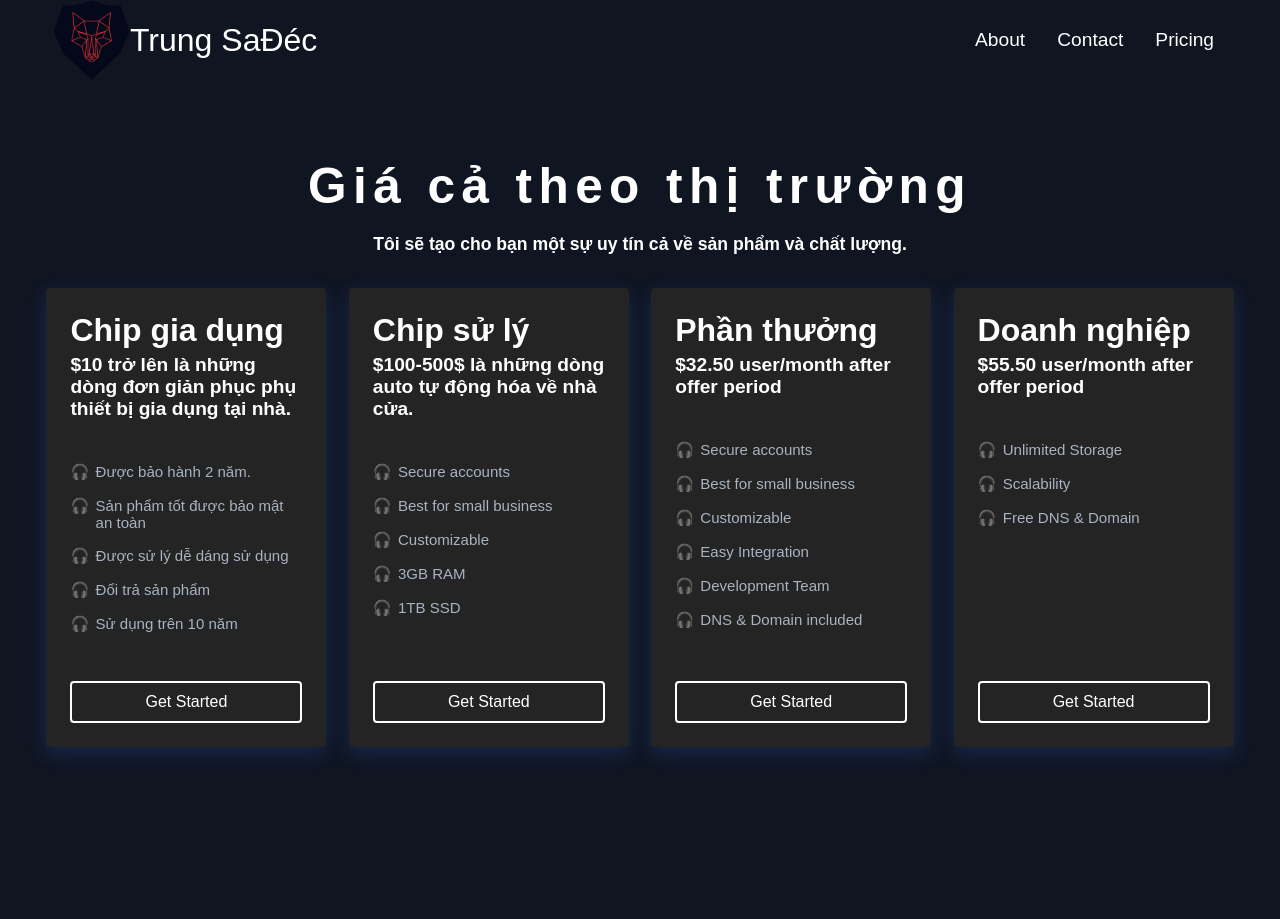
Repository: fdhhhdjd/Profile-Gift-B_H_Q_Trung
Page: /pricing
An editor plug-in stored every save of this project. The page is shown before and after the next save, followed by the edit.
The browser window is 1280 px wide. The pictures show the whole page.
The project was rebuilt for these pictures with package versions that can differ from the ones it lists, and the page was loaded fresh each time. Also part of the build but not shown: src/App.css, src/Pages/Home.js, src/Styles/HeroStyles.js, src/Components/Hero.js. Imported but missing from the stored project, and not drawn on this page: src/Pages/SignUpPage.

Above is the page before, as saved 2021-10-28 17:02:26.

### src/App.js
import logo from "./logo.svg";
import "./App.css";
import { BrowserRouter as Router, Switch, Route } from "react-router-dom";
import { Home, Navbar, GlobalStyles, PricingPage } from "./Imports/Index";
function App() {
  return (
    <>
      <Router>
        <GlobalStyles />
        <Navbar />
        <Switch>
          <Route path="/" exact component={Home} />
          <Route path="/pricing" exact component={PricingPage} />
        </Switch>
      </Router>
    </>
  );
}

export default App;

### src/Imports/Index.js
export { default as Home } from "../Pages/Home";
export { default as PricingPage } from "../Pages/PricingPage";
export { default as SignUpPage } from "../Pages/SignUpPage";
export { default as Navbar } from "../Components/Navbar";
export { default as GlobalStyles } from "../Styles/GlobalStyles";
export { default as Hero } from "../Components/Hero";

### src/Pages/PricingPage.js
import React from "react";
import { Button, Heading, TextWrapper } from "../Styles/GlobalStyles";
import { IconContext } from "react-icons/lib";
import {
  PricingSection,
  PricingWrapper,
  PricingContainer,
  PricingCardInfo,
  PricingCardPlan,
  PricingCardCost,
  PricingCardFeatures,
  PricingCardText,
  PricingCardFeature,
  PricingCard,
} from "../Styles/PricingStyles";
import { pricingData } from "../Data/PricingData";
const PricingPage = () => {
  return (
    <>
      <IconContext.Provider value={{ color: "#a9b3c1", size: "1rem" }}>
        <PricingSection id="pricing">
          <PricingWrapper>
            <Heading>Giá cả theo thị trường</Heading>

            <TextWrapper
              mb="1.4rem"
              weight="600"
              size="1.1rem"
              color="white"
              align="center"
            >
              <br />
              Tôi sẽ tạo cho bạn một sự uy tín cả về sản phẩm và chất lượng.
            </TextWrapper>
            <PricingContainer>
              {pricingData.map((card, index) => (
                <PricingCard key={index}>
                  <PricingCardInfo>
                    <PricingCardPlan>{card.title}</PricingCardPlan>
                    <PricingCardCost>{card.price}</PricingCardCost>
                    <PricingCardText>{card.description}</PricingCardText>
                    <PricingCardFeatures>
                      {card.features.map((feature, index) => (
                        <PricingCardFeature key={index}>
                          {feature}
                        </PricingCardFeature>
                      ))}
                    </PricingCardFeatures>
                    <Button>Get Started</Button>
                  </PricingCardInfo>
                </PricingCard>
              ))}
            </PricingContainer>
          </PricingWrapper>
        </PricingSection>
      </IconContext.Provider>
    </>
  );
};

export default PricingPage;

### src/Components/Navbar.js
import React, { useState } from "react";
import { data } from "../Data/NavbarData";
import { FaRProject, FaTimes } from "react-icons/fa";
import { CgMenuRight } from "react-icons/cg";
import { IconContext } from "react-icons";
import { useLocation, useHistory } from "react-router-dom";
import {
  Nav,
  NavbarContainer,
  NavIcon,
  NavLogo,
  MobileIcon,
  NavMenu,
  NavItem,
  NavLinks,
} from "../Styles/NavbarStyles";
const Navbar = () => {
  const [show, setShow] = useState(false);
  let history = useHistory();
  let location = useLocation();
  const handleClick = () => {
    setShow(!show);
  };
  const scrollTo = (id) => {
    const element = document.getElementById(id);

    element.scrollIntoView({
      behavior: "smooth",
    });
  };
  const closeMobileMenu = (to, id) => {
    if (id && location.pathname === "/") {
      scrollTo(id);
    }

    history.push(to);
    setShow(false);
  };

  return (
    <>
      <IconContext.Provider value={{ color: "#fff" }}>
        <Nav>
          <NavbarContainer>
            <NavLogo to="/">
              <NavIcon src="./assets/logo2.png" alt="logo" />
              Trung&nbsp;SaĐéc
            </NavLogo>
            <MobileIcon onClick={handleClick}>
              {show ? <FaTimes /> : <CgMenuRight />}
            </MobileIcon>
            <NavMenu show={show}>
              {data.map((el, index) => (
                <NavItem key={index}>
                  <NavLinks onClick={() => closeMobileMenu(el.to, el.id)}>
                    {el.title}
                  </NavLinks>
                </NavItem>
              ))}
            </NavMenu>
          </NavbarContainer>
        </Nav>
      </IconContext.Provider>
    </>
  );
};

export default Navbar;

### src/Styles/GlobalStyles.js
import styled, { createGlobalStyle } from "styled-components";

const GlobalStyle = createGlobalStyle`
  *{
    box-sizing: border-box;
  margin: 0;
  padding: 0;
  font-family: 'Montserrat', sans-serif;
  }
`;

export const Container = styled.div`
  width: 100%;
  max-width: 1300px;
  margin-right: auto;
  margin-left: auto;
  padding: 0 50px;

  @media screen and (max-width: 960px) {
    padding: 0 30px;
  }
`;
export const MainHeading = styled.h1`
  font-size: clamp(2.3rem, 6vw, 4.5rem);
  margin-bottom: 2rem;
  color: ${({ inverse }) => (inverse ? "$403ae3" : "#fff")};
  width: 100%;
  letter-spacing: 4px;
  text-align: center;
`;

export const Heading = styled.h2`
  font-size: clamp(1.3rem, 13vw, 3.1rem);
  margin: ${({ margin }) => (margin ? margin : "")};
  margin-bottom: ${({ mb }) => (mb ? mb : "")};
  margin-top: ${({ mt }) => (mt ? mt : "")};
  color: ${({ inverse }) => (inverse ? "$403ae3" : "#fff")};
  letter-spacing: 0.4rem;
  line-height: 1.06;
  text-align: center;
  width: ${({ width }) => (width ? width : "100%")};
`;
export const TextWrapper = styled.span`
  color: ${({ color }) => (color ? color : "")};
  font-size: ${({ size }) => (size ? size : "")};
  font-weight: ${({ weight }) => (weight ? weight : "")};
  letter-spacing: ${({ spacing }) => (spacing ? spacing : "")};
  padding: ${({ padding }) => (padding ? padding : "")};
  margin: ${({ margin }) => (margin ? margin : "")};
  margin-bottom: ${({ mb }) => (mb ? mb : "")};
  margin-top: ${({ mt }) => (mt ? mt : "")};
`;
export const Section = styled.section`
  padding: ${({ padding }) => (padding ? padding : "140px 0")};
  margin: ${({ margin }) => (margin ? margin : "")};
  background: ${({ inverse }) => (inverse ? "white" : "#071c2f")};
  position: ${({ position }) => (position ? position : "")};
  width: ${({ width }) => (width ? width : "auto")};
  min-width: ${({ minWidth }) => (minWidth ? minWidth : "auto")};
  max-width: ${({ maxWidth }) => (maxWidth ? maxWidth : "auto")};
  height: ${({ height }) => (height ? height : "auto")};
  max-height: ${({ maxHeight }) => (maxHeight ? maxHeight : "auto")};
  min-height: ${({ minHeight }) => (minHeight ? minHeight : "auto")};

  @media screen and (max-width: 768px) {
    padding: ${({ smPadding }) => (smPadding ? smPadding : "70px 0")};
  }
`;

export const Row = styled.div`
  display: flex;
  justify-content: ${({ justify }) => (justify ? justify : "")};
  align-items: ${({ align }) => (align ? align : "")};
  gap: ${({ gap }) => (gap ? gap : "")};
  padding: ${({ padding }) => (padding ? padding : "")};
  margin: ${({ margin }) => (margin ? margin : "")};
  position: ${({ position }) => (position ? position : "")};
  width: ${({ width }) => (width ? width : "auto")};
  min-width: ${({ minWidth }) => (minWidth ? minWidth : "auto")};
  max-width: ${({ maxWidth }) => (maxWidth ? maxWidth : "auto")};
  height: ${({ height }) => (height ? height : "auto")};
  max-height: ${({ maxHeight }) => (maxHeight ? maxHeight : "auto")};
  min-height: ${({ minHeight }) => (minHeight ? minHeight : "auto")};
  flex-wrap: ${({ wrap }) => (wrap ? wrap : "")};
`;

export const Column = styled.div`
  display: flex;
  flex-direction: column;
  justify-content: ${({ justify }) => (justify ? justify : "")};
  align-items: ${({ align }) => (align ? align : "")};
  gap: ${({ gap }) => (gap ? gap : "")};
  padding: ${({ padding }) => (padding ? padding : "")};
  margin: ${({ margin }) => (margin ? margin : "")};
  position: ${({ position }) => (position ? position : "")};
  width: ${({ width }) => (width ? width : "auto")};
  min-width: ${({ minWidth }) => (minWidth ? minWidth : "auto")};
  max-width: ${({ maxWidth }) => (maxWidth ? maxWidth : "auto")};
  height: ${({ height }) => (height ? height : "auto")};
  max-height: ${({ maxHeight }) => (maxHeight ? maxHeight : "auto")};
  min-height: ${({ minHeight }) => (minHeight ? minHeight : "auto")};
`;

export const Button = styled.button`
  border-radius: 4px;
  background: none;
  white-space: nowrap;
  padding: 10px 20px;
  font-size: 16px;
  color: #fff;
  outline: none;
  border: 2px solid #fff;
  cursor: pointer;
  overflow: hidden;
  position: relative;

  &:before {
    background: #fff;
    content: "";
    position: absolute;
    top: 50%;
    left: 50%;
    transform: translate(-50%, -50%);
    z-index: -1;
    transition: all 0.6s ease;
    width: 100%;
    height: 0%;
    transform: translate(-50%, -50%) rotate(45deg);
  }

  &:hover:before {
    height: 500%;
  }

  &:hover {
    color: black;
  }
`;

export default GlobalStyle;

### src/Styles/PricingStyles.js
import styled from "styled-components";

export const PricingSection = styled.div`
  padding: 160px 0;
  display: flex;
  flex-direction: column;
  justify-content: center;
  background: #101522;
`;

export const PricingWrapper = styled.div`
  display: flex;
  flex-direction: column;
  align-items: center;
  margin: 0 auto;

  @media screen and (max-width: 960px) {
    margin: 0 30px;
    display: flex;
    flex-direction: column;
    align-items: center;
  }
`;

export const PricingContainer = styled.div`
  display: flex;
  justify-content: center;
  flex-flow: wrap;
  > div {
    margin: 0.7rem;
  }

  @media screen and (max-width: 768px) {
    display: flex;
    flex-direction: column;
    justify-content: center;
    align-items: center;
    width: 100%;
    > div {
      width: 90%;
    }
  }
`;

export const PricingCard = styled.div`
  &:hover {
    transform: scale(1.06);
    transition: all 0.3s ease-out;
  }
`;

export const PricingCardInfo = styled.div`
  background: #242424;
  box-shadow: 0 6px 20px rgba(56, 125, 255, 0.2);
  width: 280px;
  text-decoration: none;
  border-radius: 4px;
  height: 100%;

  display: flex;
  flex-direction: column;
  padding: 24px;
  color: #fff;
  margin: auto;
  > button {
    margin-top: auto;

    &:hover {
      color: black;
      background: white;
      transition: background 0.3s ease;
    }
  }

  @media screen and (max-width: 768px) {
    width: 90%;

    &:hover {
      transform: none;
    }
  }
`;

export const PricingCardPlan = styled.h3`
  margin-bottom: 5px;
  font-size: 2rem;
`;

export const PricingCardCost = styled.h4`
  font-size: 1.2rem;
`;

export const PricingCardText = styled.p`
  font-size: 1.1rem;
  margin: 0.4rem 0 1.3rem;
  color: #a9b3c1;
`;

export const PricingCardFeatures = styled.ul`
  margin: 16px 0 32px;
  list-style: none;
  display: flex;
  flex-direction: column;
  color: #a9b3c1;
`;

export const PricingCardFeature = styled.li`
  margin-bottom: 1rem;
  display: flex;
  font-size: 0.94rem;

  &:before {
    content: "🎧";
    margin-right: 0.4rem;
  }
`;

### src/Data/PricingData.js
export const pricingData = [
  {
    title: "Chip gia dụng",
    price:
      "$10 trở lên là những dòng đơn giản phục phụ thiết bị gia dụng tại nhà.",
    features: [
      "Được bảo hành 2 năm.",
      "Sản phẩm tốt được bảo mật an toàn",
      "Được sử lý dễ dáng sử dụng",
      "Đổi trả sản phẩm",
      "Sử dụng trên 10 năm",
    ],
  },
  {
    title: "Chip sử lý ",
    price: "$100-500$ là những dòng auto tự động hóa về nhà cửa.",
    numAcc: "50-500 accounts",
    features: [
      "Secure accounts",
      "Best for small business",
      "Customizable",
      "3GB RAM",
      "1TB SSD",
    ],
  },
  {
    title: "Phần thưởng ",
    price: "$32.50 user/month after offer period",
    numAcc: "50-1000 accounts",
    features: [
      "Secure accounts",
      "Best for small business",
      "Customizable",
      "Easy Integration",
      "Development Team",
      "DNS & Domain included",
    ],
  },

  {
    title: "Doanh nghiệp",
    price: "$55.50 user/month after offer period ",
    numAcc: "1000+ Accounts",
    features: ["Unlimited Storage", "Scalability", "Free DNS & Domain"],
  },
];

### src/Data/NavbarData.js
export const data = [
  {
    to: "/",
    title: "About",
    id: "about",
  },
  {
    to: "/signup",
    title: "Contact",
  },
  {
    to: "/pricing",
    title: "Pricing",
  },
];

### src/Styles/NavbarStyles.js
import styled from "styled-components";
import { Container } from "../Styles/GlobalStyles";
import { Link } from "react-router-dom";
export const Nav = styled.nav`
  background: transparent;
  margin-bottom: -80px;
  height: 80px;
  display: flex;
  justify-content: center;
  align-items: center;
  font-size: 1.2rem;
  position: absolute;
  top: 0;
  z-index: 50;
  width: 100%;

  transition: background-color 0.3s ease-in;
`;

export const NavbarContainer = styled(Container)`
  display: flex;
  justify-content: start;
  height: 80px;

  ${Container}
`;

export const NavLogo = styled(Link)`
  color: #fff;
  justify-self: flex-start;
  cursor: pointer;
  text-decoration: none;
  font-size: 2rem;
  display: flex;
  align-items: center;
  z-index: 50;
`;

export const NavIcon = styled.img`
  margin-right: 0, 5rem;
  width: 5rem;
`;

export const MobileIcon = styled.div`
  display: none;
  z-index: 50;

  @media screen and (max-width: 960px) {
    display: block;
    position: absolute;
    top: 0;
    right: 0;
    transform: translate(-100%, 60%);
    font-size: 1.8rem;
    cursor: pointer;
  }
`;

export const NavMenu = styled.ul`
  display: flex;
  align-items: center;
  list-style: none;
  text-align: center;
  width: 100%;

  @media screen and (max-width: 960px) {
    flex-direction: column;
    width: 100%;
    height: 100vh;
    position: fixed;
    padding-top: 30%;
    top: 0;
    left: 0;
    opacity: ${({ show }) => (show ? 1 : 0)};
    visibility: ${({ show }) => (show ? "visible" : "hidden")};
    transform: translateY(${({ show }) => (show ? "0" : "-10px")});
    transition: opacity 0.5s ease;
    background-color: #071c2f;
  }

  > li:first-child {
    margin-left: auto;
  }
`;

export const NavItem = styled.li`
  height: 80px;
  cursor: pointer;

  @media screen and (max-width: 960px) {
    width: 100%;

    &:hover {
      border: none;
    }
  }
`;

export const NavLinks = styled.span`
  color: #fff;
  display: flex;
  align-items: center;
  text-decoration: none;
  padding: 0.5rem 1rem;
  height: 100%;

  &:hover {
    color: #c8c9d8;
    transition: all 0.3s ease;
  }

  @media screen and (max-width: 960px) {
    text-align: center;
    padding: 2rem;
    width: 100%;
    display: table;

    &:hover {
      color: #4b59f7;
      transition: all 0.3s ease;
    }
  }
`;

export const NavBtnLink = styled(Link)`
  display: flex;
  justify-content: center;
  align-items: center;
  text-decoration: none;
  padding: 8px 16px;
  height: 100%;
  width: 100%;
  border: none;
  outline: none;
`;

Loaded but not shown: public/index.html (common file); src/index.js (common file); src/index.css (common file); src/reportWebVitals.js (common file)

After the next save:
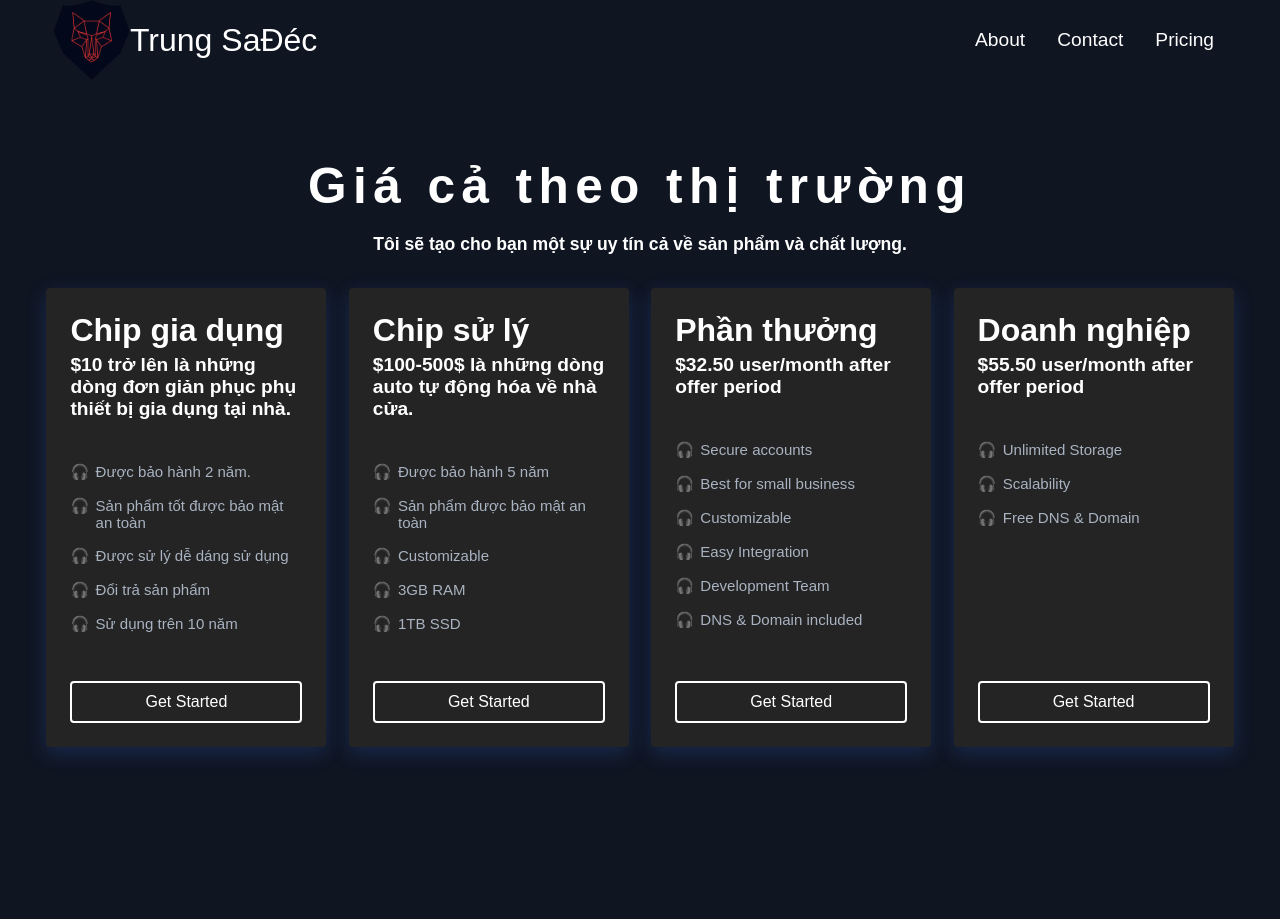
Saved 24 s later.
--- a/src/Data/PricingData.js
+++ b/src/Data/PricingData.js
@@ -16,8 +16,8 @@ export const pricingData = [
     price: "$100-500$ là những dòng auto tự động hóa về nhà cửa.",
     numAcc: "50-500 accounts",
     features: [
-      "Secure accounts",
-      "Best for small business",
+      "Được bảo hành 5 năm",
+      "Sản phẩm được bảo mật an toàn",
       "Customizable",
       "3GB RAM",
       "1TB SSD",
